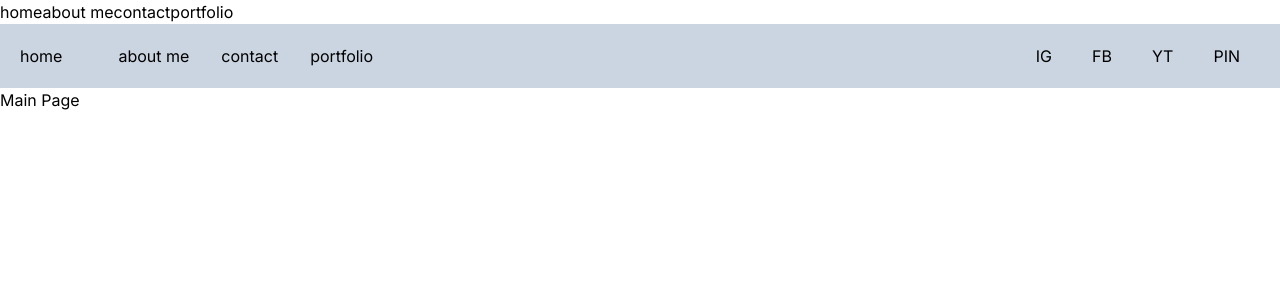
Repository: hubertrh/klaudia-personal-next
Page: /
These files come from the project's save history. The page is drawn as it stood at one moment and after the next save; the edit follows.
The browser window is 1280 px wide. The pictures show the whole page.
The project was rebuilt for these pictures with package versions that can differ from the ones it lists, and the page was loaded fresh each time. The framework's server and built-in components were replaced by stand-ins that run in the browser. Also part of the build but not shown: next.config.js.

Above is the page before, as saved 2023-08-11 11:17:46.

### app/layout.tsx
import './globals.css';
import type { Metadata } from 'next';
import { Inter } from 'next/font/google';
import Link from 'next/link';

const inter = Inter({ subsets: ['latin'] });

export const metadata: Metadata = {
  title: 'Klaudia Rogala-Haracz',
  description: 'Portrait and reportage photography. Based in London.',
};

export default function RootLayout({
  children,
}: {
  children: React.ReactNode;
}) {
  return (
    <html lang="en">
      <body className={inter.className}>
        <header>
          <nav>
            <Link href="#!">home</Link>
            <Link href="#!">about me</Link>
            <Link href="#!">contact</Link>
            <Link href="#!">portfolio</Link>
          </nav>
          <div></div>
        </header>
        {children}
      </body>
    </html>
  );
}

### app/(site)/layout.tsx
import '../globals.css';
import type { Metadata } from 'next';
import { Inter } from 'next/font/google';
import Link from 'next/link';

const inter = Inter({ subsets: ['latin'] });

export const metadata: Metadata = {
  title: 'Klaudia Rogala-Haracz',
  description: 'Portrait and reportage photography. Based in London.',
};

export default function RootLayout({
  children,
}: {
  children: React.ReactNode;
}) {
  return (
    <html lang="en">
      <body className={inter.className}>
        <header className="flex justify-between bg-slate-300 p-5">
          <nav>
            <Link className="nav-link !pr-14" href="#!">
              home
            </Link>
            <Link className="nav-link" href="#!">
              about me
            </Link>
            <Link className="nav-link" href="#!">
              contact
            </Link>
            <Link className="nav-link" href="/portfolio">
              portfolio
            </Link>
          </nav>
          <div>
            <Link
              className="social-icon"
              href="https://www.instagram.com/_klaudiarogala/"
            >
              IG
            </Link>
            <Link
              className="social-icon"
              href="https://www.facebook.com/klaudiarogalaphotographer/"
            >
              FB
            </Link>
            <Link
              className="social-icon"
              href="https://www.youtube.com/channel/UCyVfMWp16X_wYCG9213YOQw/"
            >
              YT
            </Link>
            <Link
              className="social-icon"
              href="https://www.pinterest.com/zuzannnnaa/"
            >
              PIN
            </Link>
            {/* <a class="lang-btn" href="/pl/index.html"><img src="/icons/flag-pl.svg" /></a> */}
          </div>
        </header>
        {children}
      </body>
    </html>
  );
}

### app/(site)/page.tsx
export default function Home() {
  return <div>Main Page</div>;
}

### app/globals.css
@tailwind base;
@tailwind components;
@tailwind utilities;

:root {
  --foreground-rgb: 0, 0, 0;
  --background-rgb: 255, 255, 255;
}

body {
  color: rgb(var(--foreground-rgb));
  background: rgb(var(--background-end-rgb));
}

.nav-link {
  @apply pr-8;
}

.social-icon {
  @apply px-5;
}

Loaded but not shown: tailwind.config.js (common file)

After the next save:
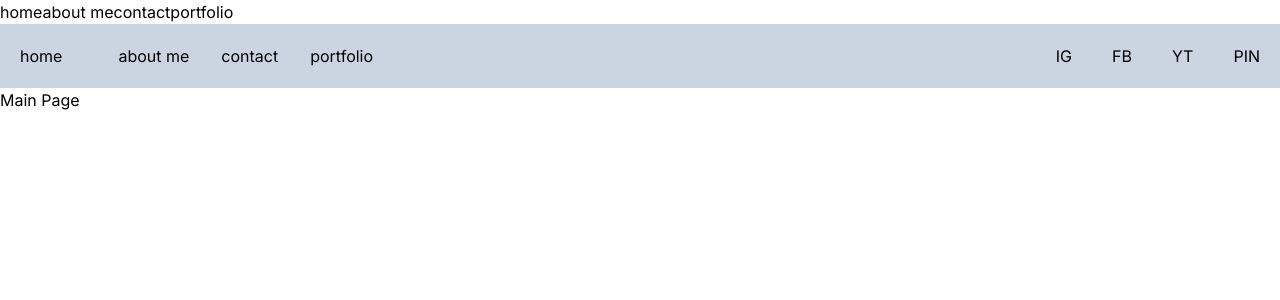
Saved 20 s later.
--- a/app/globals.css
+++ b/app/globals.css
@@ -17,5 +17,5 @@ body {
 }
 
 .social-icon {
-  @apply px-5;
+  @apply pl-10;
 }
